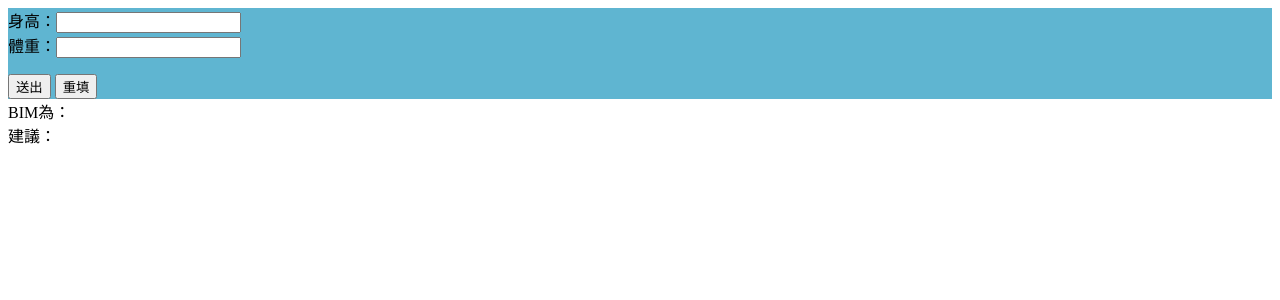
Repository: Digi-Duck/cybercube
Page: 12- 張雅婷/1117-bmi.html
The author's editor kept a copy of each file at every save. The page is drawn from the files as they stood at one save, then again after the next save.
The browser window is 1280 px wide. The pictures show the whole page.

Above is the page before, as saved 2022-11-24 13:47:31.

### 12- 張雅婷/1117-bmi.html
<!DOCTYPE html>
<html lang="en">

<head>
    <meta charset="UTF-8">
    <meta http-equiv="X-UA-Compatible" content="IE=edge">
    <meta name="viewport" content="width=device-width, initial-scale=1.0">
    <title>Document</title>
    <link rel="stylesheet" href="bmi.css">
</head>

<body>
    <!DOCTYPE html>
<html lang="en">

<head>
    <meta charset="UTF-8">
    <meta http-equiv="X-UA-Compatible" content="IE=edge">
    <meta name="viewport" content="width=device-width, initial-scale=1.0">
    <title>Document</title>
</head>

<body>
    <div class="bmi_input">
        <div class="input">
            身高：<input type="text" id="height" >
        </div>
        <div class="input">
            體重：<input type="text" id="weight">
       <p></p>
            <div class="btns">
                <button id="cal" >送出</button>
                <button type="reset">重填</button>
            </div>
        </div>
    </div>
    <div class="bmi_output act">
        <div id="bmi_num">BIM為：</div>
        <div id="bmi_tips">建議：</div>
    </div>

</body>
<!-- <div class="input">
        身高：<input type="text" id="tell" >
        體重：<input type="text" id="heavy">
   <p></p>
        <div class="btns">
            <input name="" value="送出"></input>
            <button type="reset">重填</button>
        </div>
    </div>
</div>
<div class="bmi">
    <div id="bminum">BIM為：</div>
    <div id="bmitips">建議：</div>
</div> -->

    <!-- <script type="text/javascript">
        function () {
            var tall = document.querySelector('.cm');
            var heavy = document.querySelector('.kg');
            var bmi = ;

        }
        function bmi(tall, heavy) {
            var bmi = (heavy % (tall * tall))
        }
        if((tall!="")&(heavy!="")){
            bmi.style.display="block";

        } -->


</html>

### 12- 張雅婷/bmi.css
.bmi_input{
    background-color: #5fb5d1;
    color: black;
}

.bmi_output.act{
    opacity:1;
}
body{
    background-color: ;
}

After the next save:
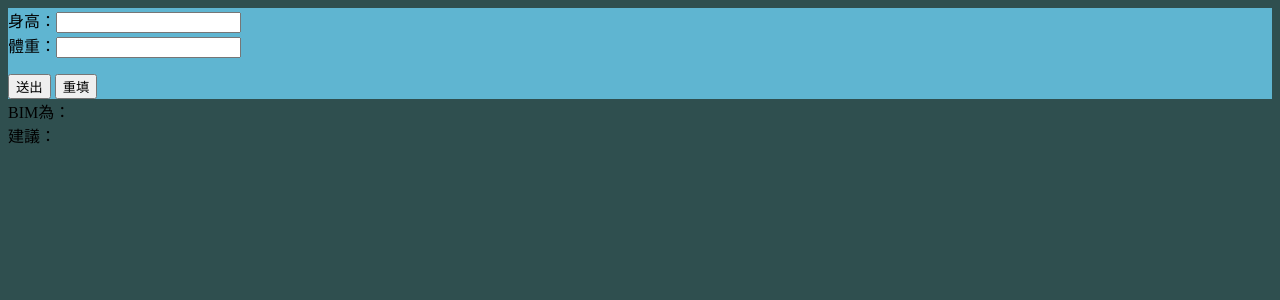
Saved 8 s later.
--- a/12- 張雅婷/bmi.css
+++ b/12- 張雅婷/bmi.css
@@ -7,5 +7,5 @@
     opacity:1;
 }
 body{
-    background-color: ;
+    background-color: darkslategray;
 }
